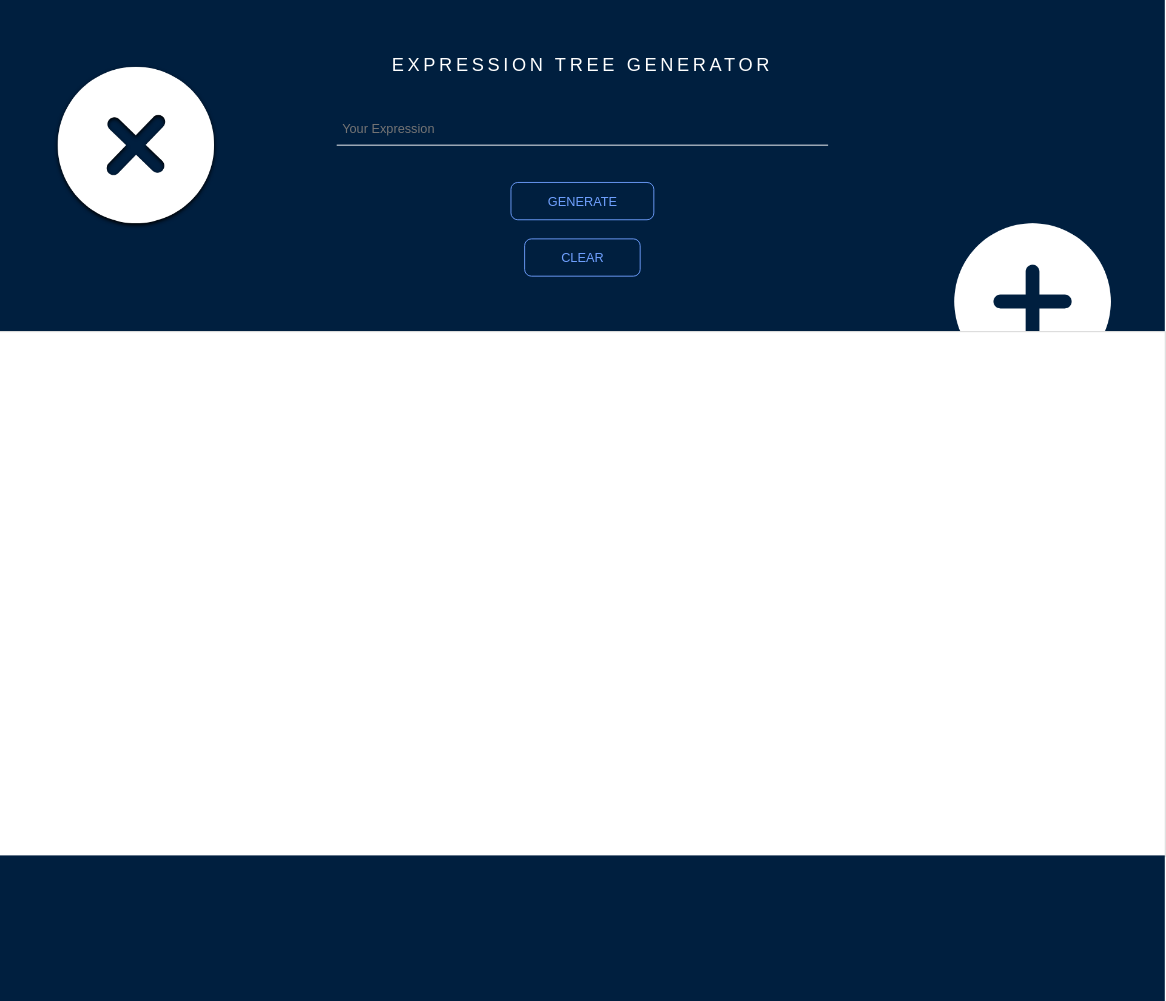
Repository: lnogueir/expression-tree-gen
Page: index.html
These files come from the project's save history. The page is drawn as it stood at one moment and after the next save; the edit follows.
The browser window is 1280 px wide. The page is 1281 px wide, so the pictures cover 1281 px, including what lies to the right of the window. The pictures show the whole page, at 91% of full size.

Above is the page before, as saved 2020-03-15 19:42:20.

After the next save:
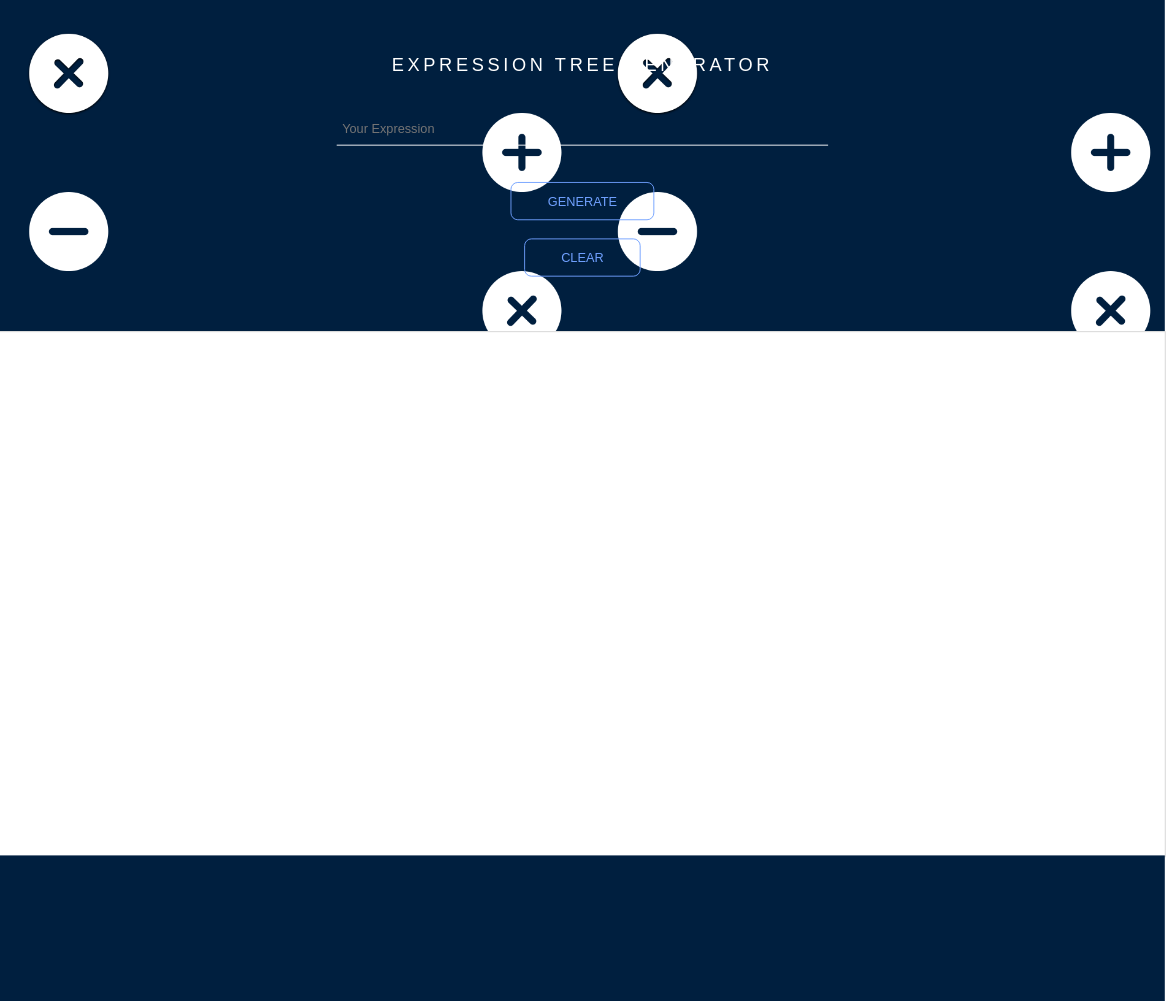
Saved 16 s later.
--- a/app.css
+++ b/app.css
@@ -7,6 +7,7 @@
   .contact-section{
     background: url(./maths1.png);
     background-size: cover;
+    background-size: contain;
     padding: 60px 0 40px 0;
     text-align: center;
   }

After the save that followed:
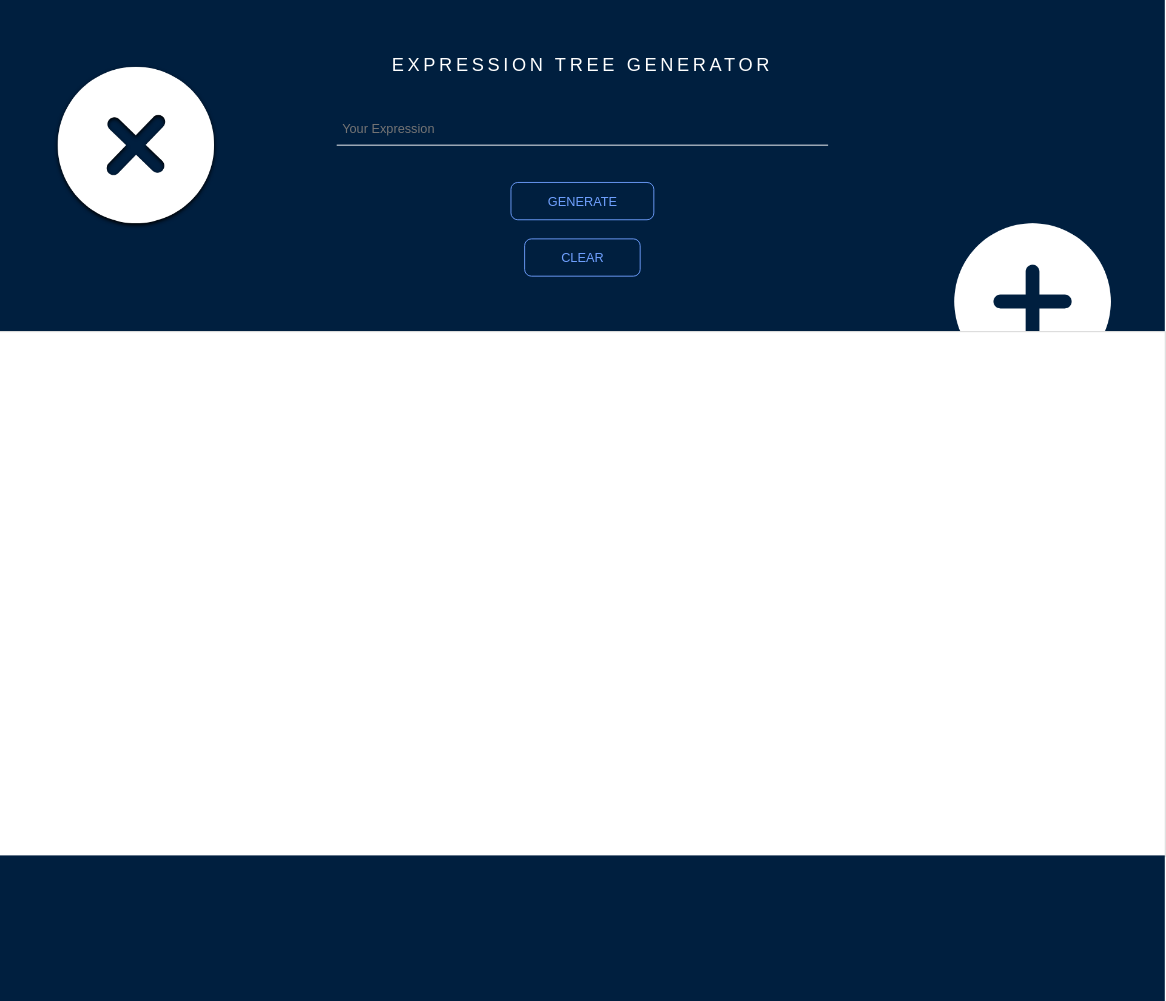
Saved 13 s later.
--- a/app.css
+++ b/app.css
@@ -7,7 +7,6 @@
   .contact-section{
     background: url(./maths1.png);
     background-size: cover;
-    background-size: contain;
     padding: 60px 0 40px 0;
     text-align: center;
   }
